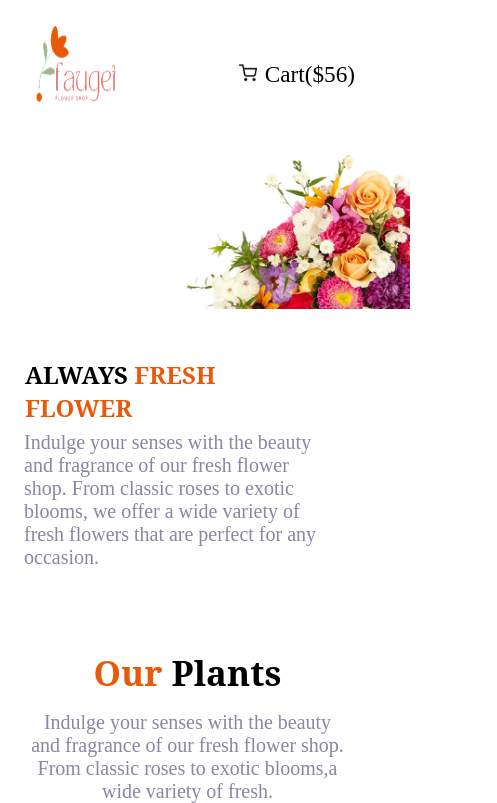
Repository: dollyrakhe22/Flowers-main-website
Page: index.html
The author's editor kept a copy of each file at every save. The page is drawn from the files as they stood at one save, then again after the next save.
The browser window is 375 px wide. The page is 435 px wide, then 497 px, so the pictures cover 497 px, including what lies to the right of the window. The pictures show the whole page.
Some web libraries are served in a nearby version.

Above is the page before, as saved 2025-07-25 15:56:21.

After the next save:
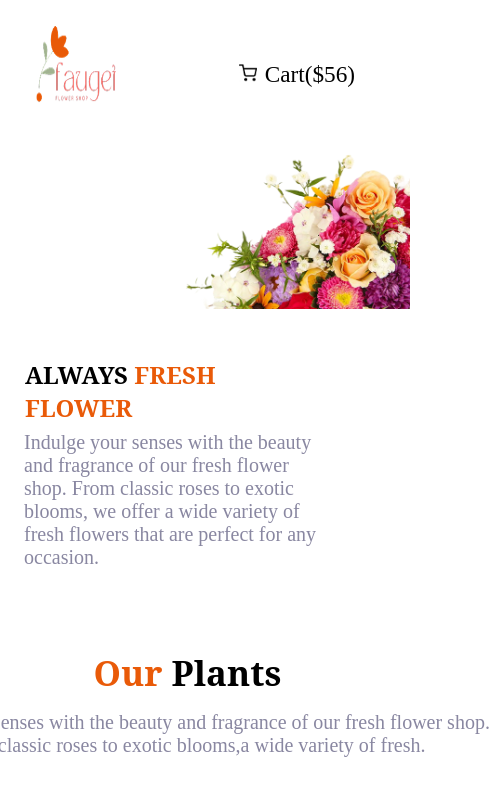
Saved 17 min 33 s later.
--- a/style.css
+++ b/style.css
@@ -403,7 +403,7 @@ input{
 
 }
 .plant-description{
-    max-width:315px;
+   width: 125%;
 }
 
 }
